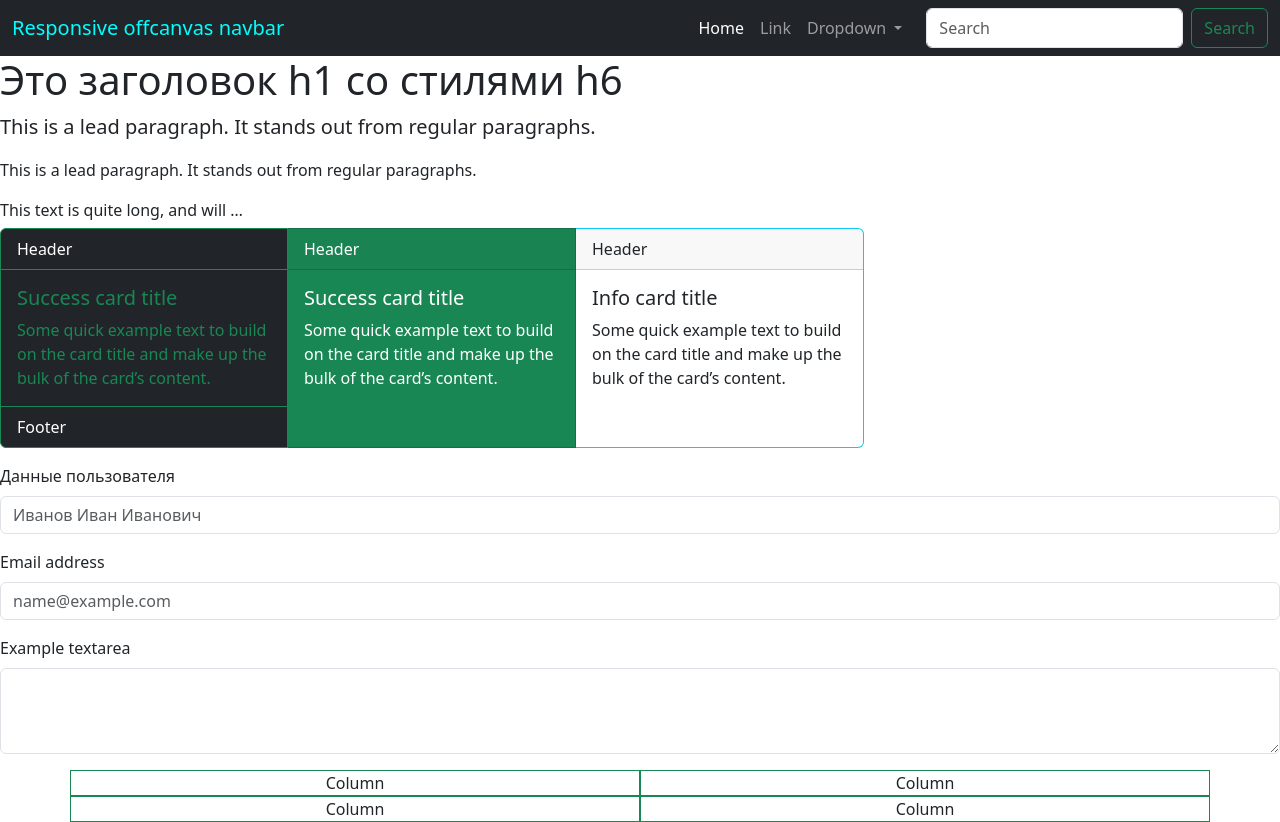
Repository: archangel88/elbrus_homework
Page: phase-0/week-3/day-5/css-bootstrap/index.html
These files come from the project's save history. The page is drawn as it stood at one moment and after the next save; the edit follows.
The browser window is 1280 px wide. The pictures show the whole page.

Above is the page before, as saved 2025-10-10 23:44:52.

### phase-0/week-3/day-5/css-bootstrap/index.html
<!DOCTYPE html>
<html lang="en">
  <head>
    <meta charset="UTF-8" />
    <link
      rel="stylesheet"
      href="https://cdn.jsdelivr.net/npm/bootstrap@5.3.8/dist/css/bootstrap.min.css"
    />
    <link rel="stylesheet" href="style.css" />
    <meta name="viewport" content="width=device-width, initial-scale=1.0" />
    <title>Document</title>
  </head>
  <body>
    <nav
      class="navbar navbar-expand-lg navbar-dark bg-dark"
      aria-label="Offcanvas navbar large"
    >
      <div class="container-fluid">
        <a class="navbar-brand" href="#">Responsive offcanvas navbar</a>
        <button
          class="navbar-toggler"
          type="button"
          data-bs-toggle="offcanvas"
          data-bs-target="#offcanvasNavbar2"
          aria-controls="offcanvasNavbar2"
          aria-label="Toggle navigation"
        >
          <span class="navbar-toggler-icon"></span>
        </button>
        <div
          class="offcanvas offcanvas-end text-bg-dark"
          tabindex="-1"
          id="offcanvasNavbar2"
          aria-labelledby="offcanvasNavbar2Label"
        >
          <div class="offcanvas-header">
            <h5 class="offcanvas-title" id="offcanvasNavbar2Label">
              Offcanvas
            </h5>
            <button
              type="button"
              class="btn-close btn-close-white"
              data-bs-dismiss="offcanvas"
              aria-label="Close"
            ></button>
          </div>
          <div class="offcanvas-body">
            <ul class="navbar-nav justify-content-end flex-grow-1 pe-3">
              <li class="nav-item">
                <a class="nav-link active" aria-current="page" href="#">Home</a>
              </li>
              <li class="nav-item"><a class="nav-link" href="#">Link</a></li>
              <li class="nav-item dropdown">
                <a
                  class="nav-link dropdown-toggle"
                  href="#"
                  role="button"
                  data-bs-toggle="dropdown"
                  aria-expanded="false"
                >
                  Dropdown
                </a>
                <ul class="dropdown-menu">
                  <li><a class="dropdown-item" href="#">Action</a></li>
                  <li><a class="dropdown-item" href="#">Another action</a></li>
                  <li><hr class="dropdown-divider" /></li>
                  <li>
                    <a class="dropdown-item" href="#">Something else here</a>
                  </li>
                </ul>
              </li>
            </ul>
            <form class="d-flex mt-3 mt-lg-0" role="search">
              <input
                class="form-control me-2"
                type="search"
                placeholder="Search"
                aria-label="Search"
              />
              <button class="btn btn-outline-success" type="submit">
                Search
              </button>
            </form>
          </div>
        </div>
      </div>
    </nav>

    <h1 class="display-6">Это заголовок h1 со стилями h6</h1>

    <p class="lead">
      This is a lead paragraph. It stands out from regular paragraphs.
    </p>

    <p>This is a lead paragraph. It stands out from regular paragraphs.</p>

    <!-- Inline level -->
    <span class="d-inline-block text-truncate" style="max-width: 250px">
      This text is quite long, and will be truncated once displayed.
    </span>

    <div class="card-group">
      <div
        class="card border-success mb-3 text-bg-dark"
        style="max-width: 18rem"
      >
        <div class="card-header bg-transparent border-success">Header</div>
        <div class="card-body text-success">
          <h5 class="card-title">Success card title</h5>
          <p class="card-text">
            Some quick example text to build on the card title and make up the
            bulk of the card’s content.
          </p>
        </div>
        <div class="card-footer bg-transparent border-success">Footer</div>
      </div>
      <div class="card text-bg-success mb-3" style="max-width: 18rem">
        <div class="card-header">Header</div>
        <div class="card-body">
          <h5 class="card-title">Success card title</h5>
          <p class="card-text">
            Some quick example text to build on the card title and make up the
            bulk of the card’s content.
          </p>
        </div>
      </div>
      <div class="card border-info mb-3" style="max-width: 18rem">
        <div class="card-header">Header</div>
        <div class="card-body">
          <h5 class="card-title">Info card title</h5>
          <p class="card-text">
            Some quick example text to build on the card title and make up the
            bulk of the card’s content.
          </p>
        </div>
      </div>
    </div>

    <div class="mb-3">
      <label for="exampleFormControlInput1" class="form-label"
        >Данные пользователя</label
      >
      <input
        type="text"
        class="form-control"
        id="exampleFormControlInput1"
        placeholder="Иванов Иван Иванович"
      />
    </div>
    <div class="mb-3">
      <label for="exampleFormControlInput1" class="form-label"
        >Email address</label
      >
      <input
        type="email"
        class="form-control"
        id="exampleFormControlInput1"
        placeholder="name@example.com"
      />
    </div>
    <div class="mb-3">
      <label for="exampleFormControlTextarea1" class="form-label"
        >Example textarea</label
      >
      <textarea
        class="form-control"
        id="exampleFormControlTextarea1"
        rows="3"
      ></textarea>
    </div>

    <div class="container text-center">
      <div class="row row-cols-2">
        <div class="col-6 border-success border">Column</div>
        <div class="col border-success border">Column</div>
        <div class="col border-success border">Column</div>
        <div class="col border-success border">Column</div>
      </div>
    </div>
  </body>
  <script src="https://cdn.jsdelivr.net/npm/bootstrap@5.3.8/dist/js/bootstrap.bundle.min.js"></script>
</html>

### phase-0/week-3/day-5/css-bootstrap/style.css
.container-fluid .navbar-brand{
    color: aqua;
}

After the next save:
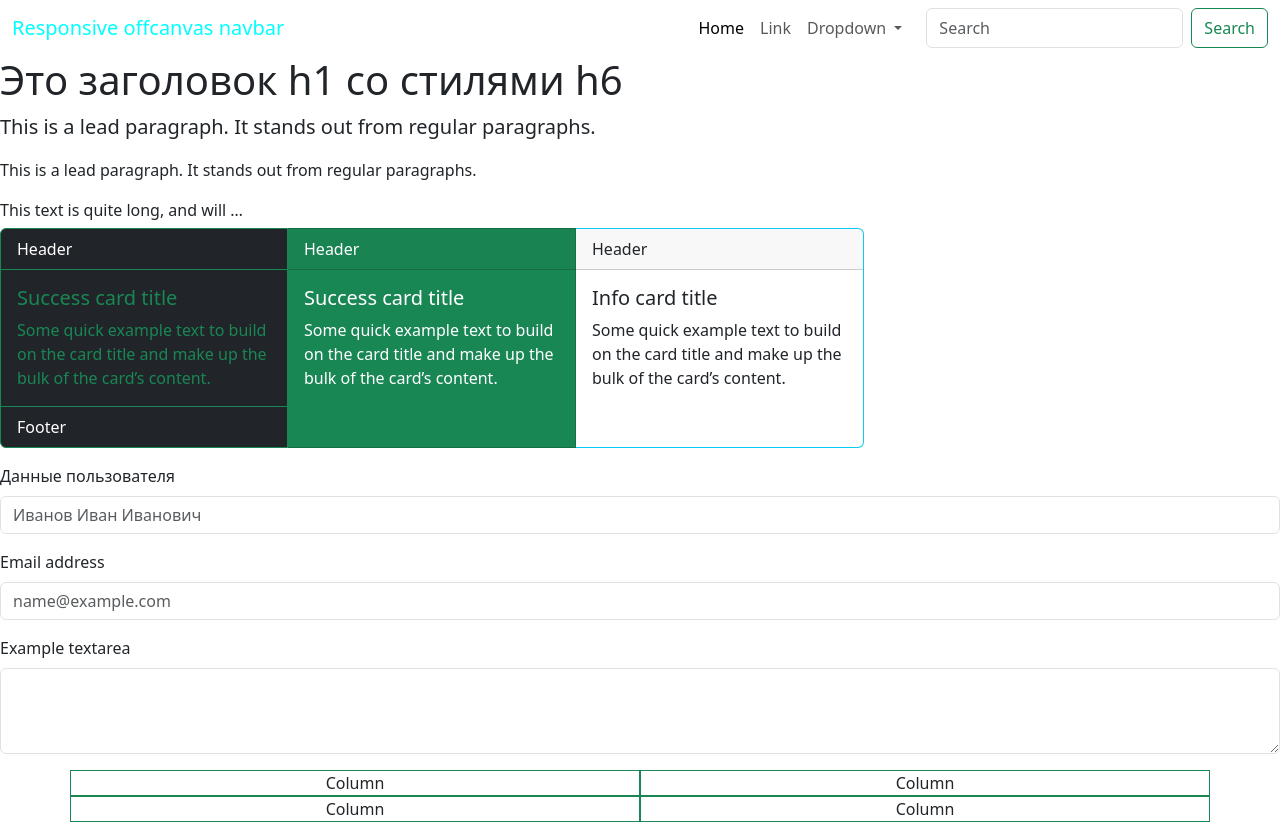
Saved 76 s later.
--- a/phase-0/week-3/day-5/css-bootstrap/index.html
+++ b/phase-0/week-3/day-5/css-bootstrap/index.html
@@ -11,10 +11,7 @@
     <title>Document</title>
   </head>
   <body>
-    <nav
-      class="navbar navbar-expand-lg navbar-dark bg-dark"
-      aria-label="Offcanvas navbar large"
-    >
+    <nav class="navbar navbar-expand-lg" aria-label="Offcanvas navbar large">
       <div class="container-fluid">
         <a class="navbar-brand" href="#">Responsive offcanvas navbar</a>
         <button
